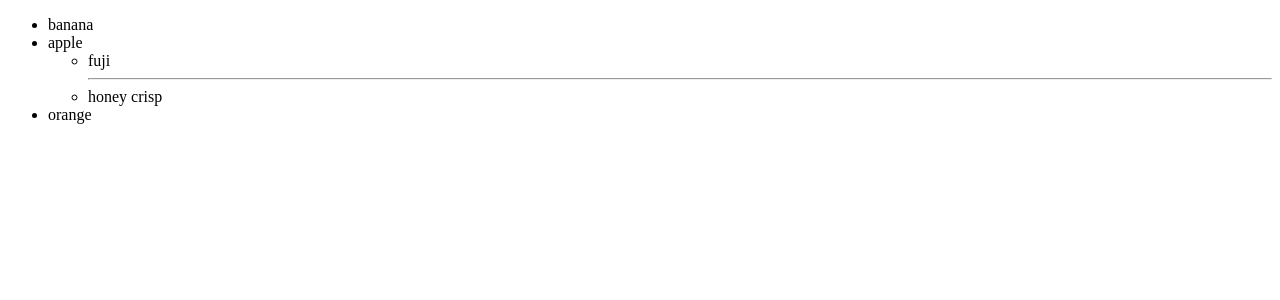
Repository: rileymeye1/ZTM
Page: index.html
An editor plug-in stored every save of this project. The page is shown before and after the next save, followed by the edit.
The browser window is 1280 px wide. The pictures show the whole page.

Above is the page before, as saved 2024-08-17 19:12:42.

After the next save:
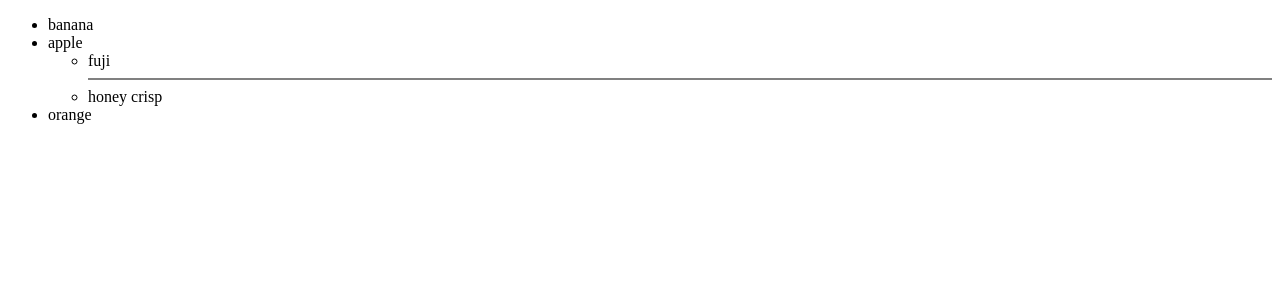
Saved 89 s later.
--- a/index.html
+++ b/index.html
@@ -11,7 +11,14 @@
       <li>apple</li>
       <ul>
         <li>fuji</li>
-        <hr />
+        <hr
+          style="
+            height: 2px;
+            border-width: 0;
+            color: gray;
+            background-color: gray;
+          "
+        />
         <li>honey crisp</li>
       </ul>
       <li>orange</li>

After the save that followed:
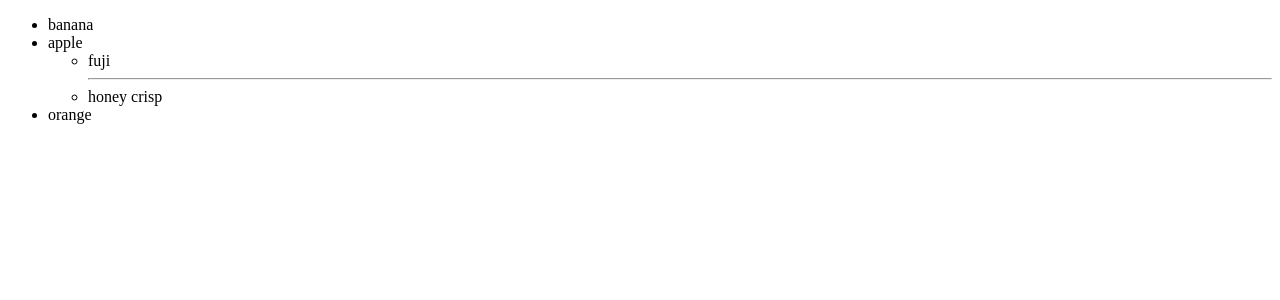
Saved 16 s later.
--- a/index.html
+++ b/index.html
@@ -11,14 +11,7 @@
       <li>apple</li>
       <ul>
         <li>fuji</li>
-        <hr
-          style="
-            height: 2px;
-            border-width: 0;
-            color: gray;
-            background-color: gray;
-          "
-        />
+        <hr />
         <li>honey crisp</li>
       </ul>
       <li>orange</li>
